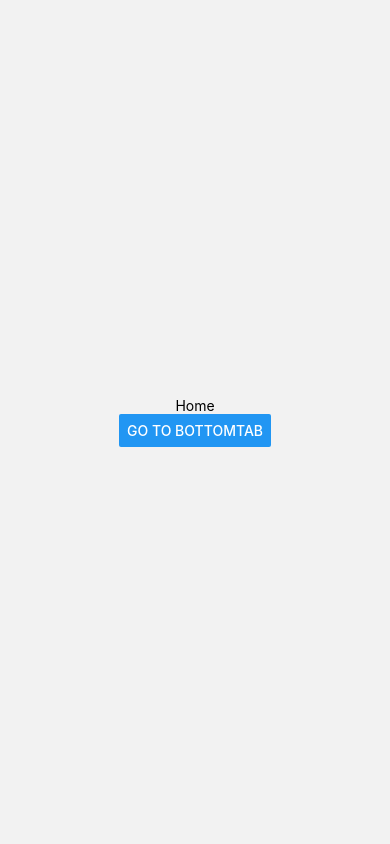
Repository: Quynhhuong150322/New_Daily
Screen: /Home
The author's editor kept a copy of each file at every save. The screen is drawn from the files as they stood at one save, then again after the next save.
The app was drawn by React Native's web renderer in a window 390 px wide. The project was rebuilt for these pictures with package versions that can differ from the ones it lists, and the page was loaded fresh each time. Also part of the build but not shown: firebase.js, screens/Login.js, screens/Signup.js, screens/Trending.js, screens/Save.js, screens/Profile.js, screens/BottomTab.js.

Above is the screen before, as saved 2023-11-17 23:27:17.

### App.js
import React from "react";
import {  StyleSheet, View } from "react-native";
import AppNavigator from "./navigation/AppNavigator";


export default function App() {
  return (
    <View style={styles.container}>
      <AppNavigator />
    </View>
  );
}

const styles = StyleSheet.create({
  container: {
    flex: 1,
  },
});

### navigation/AppNavigator.js
import { NavigationContainer } from '@react-navigation/native';
import { createNativeStackNavigator } from "@react-navigation/native-stack"
import Login from "../screens/Login";
import Signup from "../screens/Signup";
import  Welcome from "../screens/Welcome";
import  Home from "../screens/Home";
import  BottomTab from "../screens/BottomTab";
import Trending from '../screens/Trending'
import Save from '../screens/Save'
import Profile from '../screens/Profile'

const Stack = createNativeStackNavigator();


export default function AppNavigator() {
  return (
    <NavigationContainer>
      <Stack.Navigator
        initialRouteName='Welcome'
      >
        <Stack.Screen
          name="Welcome"
          component={Welcome}
          options={{
            headerShown: false
          }}
        />
        <Stack.Screen
          name="Login"
          component={Login}
          options={{
            headerShown: false
          }}
        />
        <Stack.Screen
          name="Signup"
          component={Signup}
          options={{
            headerShown: false
          }}
        />
        <Stack.Screen
          name="BottomTab"
          component={BottomTab}
          options={{ headerShown: false }}
        />
        <Stack.Screen
          name="Home"
          component={Home}
          options={{ headerShown: false }}
        />
        <Stack.Screen
          name="Trending"
          component={Trending}
        />
        <Stack.Screen
          name="Save"
          component={Save}
        />
        <Stack.Screen
          name="Profile"
          component={Profile}
        />
      </Stack.Navigator>
    </NavigationContainer>
  );
}

### screens/Welcome.js
import { View, Text, Pressable, Image } from 'react-native'
import React from 'react'
import { LinearGradient } from "expo-linear-gradient";
import colors from '../constants/colors';
import Button from '../components/Button';

const Welcome = ({ navigation }) => {

    return (
        <LinearGradient
            style={{
                flex: 1
            }}
            colors={[colors.Xanh_nhat, colors.Xanh_nhat]}
        >
            <View style={{ flex: 1 }}>
                <View>
                    <Image
                        source={require("../assets/Loading.png")}
                        style={{
                            height: 500,
                            width: 500,
                            position: "absolute",
                            top: 5,
                            right: -50,
                        }}
                    />

                    {/* <Image
                        source={require("../assets/Logo-4.png")}
                        style={{
                            height: 100,
                            width: 100,
                            borderRadius: 20,
                            position: "absolute",
                            top: -30,
                            left: 100,
                            transform: [
                                { translateX: 50 },
                                { translateY: 50 },
                                { rotate: "-5deg" }
                            ]
                        }}
                    /> */}
                </View>

                {/* content  */}

                <View style={{
                    paddingHorizontal: 22,
                    position: "absolute",
                    top: 400,
                    width: "100%"
                }}>
                    <Text style={{
                        fontSize: 25,
                        fontWeight: 1000,
                        color: colors.Xam1,
                        top: 30,
                        fontFamily: 'OpenSans-Regular',
                    }}>Đọc báo chỉ với một ứng dụng</Text>
                    <Text style={{
                        fontSize: 40,
                        fontWeight: 800,
                        color: colors.Den,
                        fontFamily: 'Helvetica-Bold',
                        top: 40,
                    }}>New Daily</Text>

                    <View style={{ marginVertical: 22 }}>
                        <Text style={{
                            fontSize: 16,
                            color: colors.Xam1,
                            marginVertical: 4,
                            top: 40,
                            fontFamily: 'OpenSans-Regular',
                        }}>Đọc tin tức mới nhất một cách mượt mà và nhanh chóng vào thời gian rảnh</Text>

                    </View>

                    <Button
                        title= {
                            <Text style={{
                                color: colors.Trang, fontSize: 25,
                                fontFamily: 'Helvetica-Bold',
                                }}>Đọc ngay
                            </Text>
                        }
                        onPress={() => navigation.navigate("Signup")}
                        style={{
                            marginTop: 22,
                            width: "100%",
                            backgroundColor: colors.Xanh_dam,
                            top: 30,
                        }}
                    />

                    <View style={{
                        flexDirection: "row",
                        marginTop: 12,
                        justifyContent: "center",
                        top: 50
                    }}>
                        <Text style={{
                            fontSize: 16,
                            color: colors.Den
                        }}>Bạn đã có tài khoản chưa?</Text>
                        <Pressable
                            onPress={() => navigation.navigate("Login")}
                        >
                            <Text style={{
                                fontSize: 16,
                                color: colors.Xanh_dam,
                                fontWeight: "bold",
                                marginLeft: 4
                            }}>Đăng nhập</Text>
                        </Pressable>

                    </View>
                </View>
            </View>
        </LinearGradient>
    )
}

export default Welcome

### screens/Home.js
import { View, Text, StyleSheet, Button } from "react-native";
import React from "react";

export default function Home({navigation}) {
  return (
    <View style={styles.container}>
      <Text>Home</Text>
      <Button
        title="Go to BottomTab"
        onPress={() => navigation.navigate("BottomTab")}
      />
    </View>
  );
}
const styles = StyleSheet.create({
  container: {
    flex: 1,
    justifyContent: "center",
    alignItems: "center",
  },
});

### constants/colors.js
const colors = {
    Xanh_nhat: "#D0ECEF",
    Xanh_dam: "#0075FF",
    Do: "#FF0000",
    Xam1: "#666666",
    Xam2: "#9E9C9C",
    Den: "#222222",
    Trang: "#FFFFFF"

}

export default colors;

### components/Button.js
import { Text, TouchableOpacity, StyleSheet } from 'react-native'
import React from 'react'
import colors from '../constants/colors'

const Button = (props) => {
    const filledBgColor = props.color || colors.primary;
    const outlinedColor = colors.white;
    const bgColor = props.filled ? filledBgColor : outlinedColor;
    const textColor = props.filled ? colors.white : colors.primary;

    return (
        <TouchableOpacity
            style={{
                ...styles.button,
                ...{ backgroundColor: bgColor },
                ...props.style
            }}
            onPress={props.onPress}
        >
            <Text style={{ fontSize: 20, ... { color: textColor } }}>{props.title}</Text>
        </TouchableOpacity>
    )
}

const styles = StyleSheet.create({
    button: {
        paddingBottom: 16,
        paddingVertical: 10,
        borderColor: colors.Xanh_dam,
        borderWidth: 2,
        borderRadius: 12,
        alignItems: 'center',
        justifyContent: 'center'
    }
})
export default Button

After the next save:
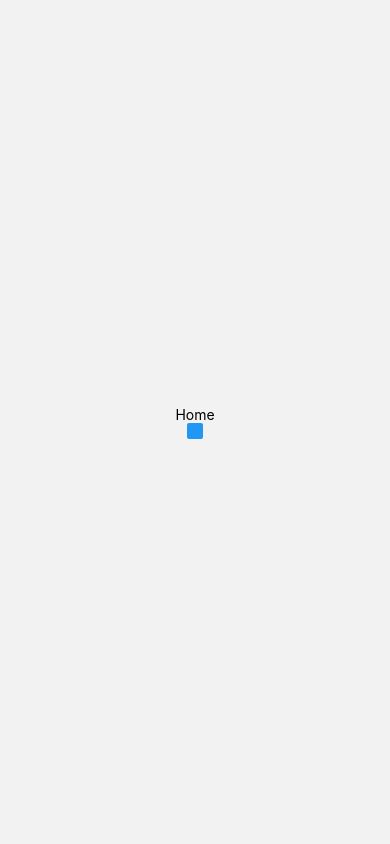
Saved 53 s later.
--- a/screens/Home.js
+++ b/screens/Home.js
@@ -6,7 +6,6 @@
     <View style={styles.container}>
       <Text>Home</Text>
       <Button
-        title="Go to BottomTab"
         onPress={() => navigation.navigate("BottomTab")}
       />
     </View>

After the save that followed:
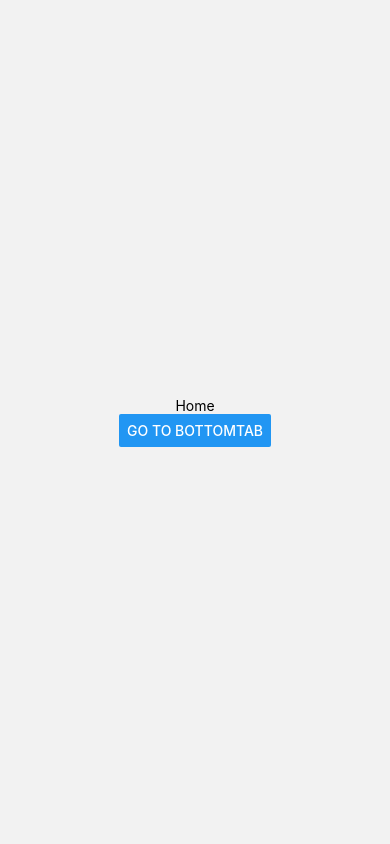
Saved 96 s later.
--- a/screens/Home.js
+++ b/screens/Home.js
@@ -6,6 +6,7 @@
     <View style={styles.container}>
       <Text>Home</Text>
       <Button
+        title="Go to BottomTab"
         onPress={() => navigation.navigate("BottomTab")}
       />
     </View>
